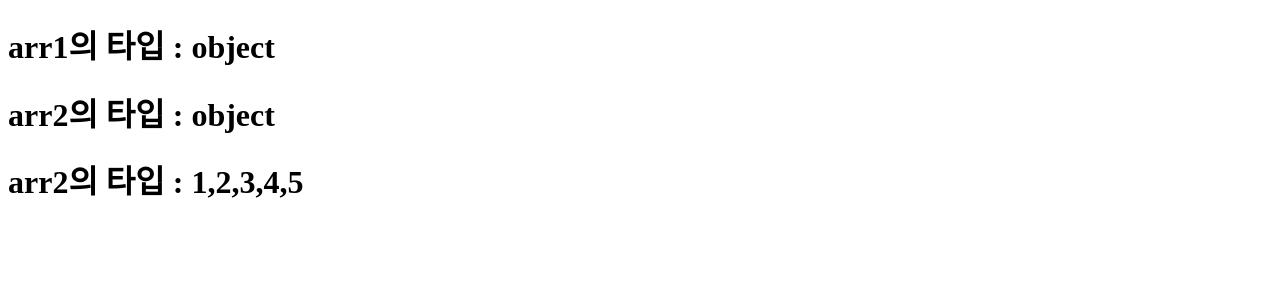
Repository: Dalso13/workspace
Page: workspace_web/chapter03_javascript/WebContent/05_배열/Ex01_배열.html
The author's editor kept a copy of each file at every save. The page is drawn from the files as they stood at one save, then again after the next save.
The browser window is 1280 px wide. The pictures show the whole page.

Above is the page before, as saved 2023-05-11 01:56:50.

After the next save:
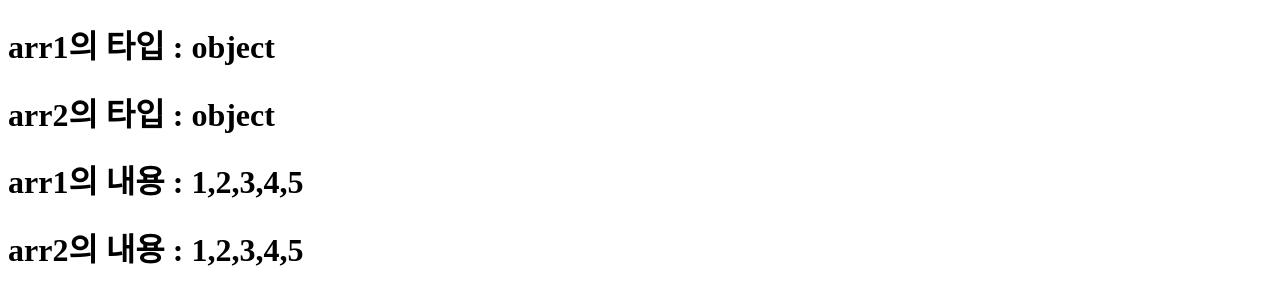
Saved 12 s later.
--- a/workspace_web/chapter03_javascript/WebContent/05_배열/Ex01_배열.html
+++ b/workspace_web/chapter03_javascript/WebContent/05_배열/Ex01_배열.html
@@ -22,7 +22,8 @@
 	document.write("<h1>arr1의 타입 : " + typeof(arr1) + "</hr>")
 	document.write("<h1>arr2의 타입 : " + typeof(arr2) + "</hr>")
 
-	document.write("<h1>arr2의 타입 : " + arr1 + "</hr>")
+	document.write("<h1>arr1의 내용 : " + arr1 + "</hr>")
+	document.write("<h1>arr2의 내용 : " + arr2 + "</hr>")
 
 </script>
 </head>
